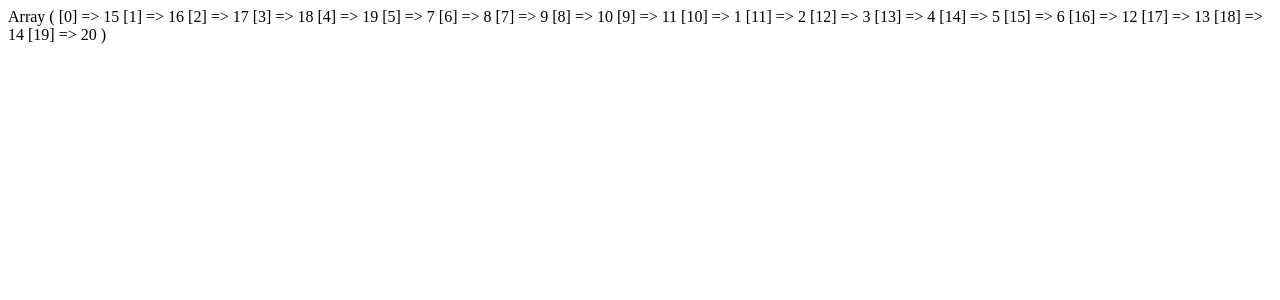
Repository: wangying713/algo
Page: http://localhost/test/0221/BucketSort.php
The author's editor kept a copy of each file at every save. The page is drawn from the files as they stood at one save, then again after the next save.
The browser window is 1280 px wide. The pictures show the whole page.
The page is run by PHP 8.4 with error messages shown; the project is at /var/www/html/.

Above is the page before, as saved 2020-02-22 00:24:17.

After the next save:
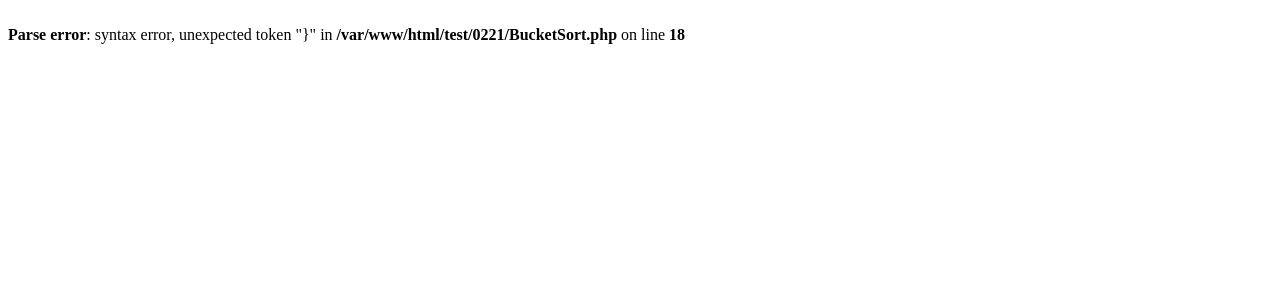
Saved 71 s later.
--- a/test/0221/BucketSort.php
+++ b/test/0221/BucketSort.php
@@ -11,9 +11,11 @@
         $bucketSize = (int) $count / 2;
     }
 
-    // 用来计算桶的个数。区间跨度 ($val-$min)%$bucketSize;
+    // 用来计算桶的个数。区间跨度 ($val-$min)/$bucketSize;
     $min = min($arr);
-
+    for($i=0; $i<$count; $i++) {
+        $index =
+    }
 }
 
 $numbers = [15, 16, 17, 18, 19, 7, 8, 9, 10, 11, 1, 2, 3, 4, 5, 6, 12, 13, 14, 20];

After the save that followed:
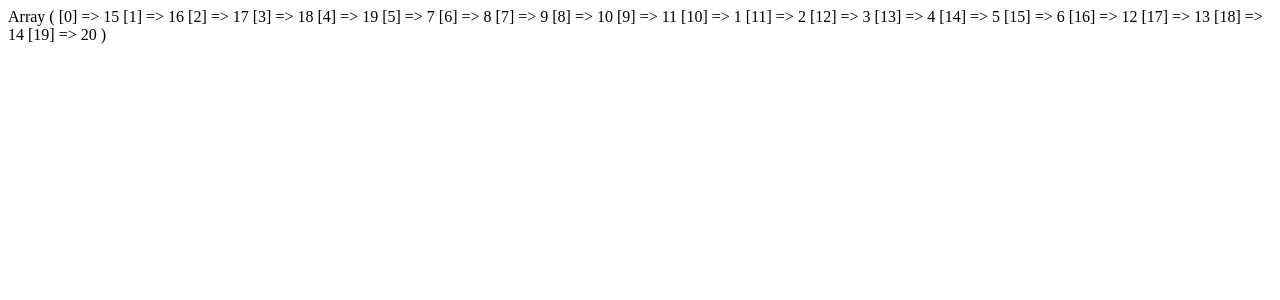
Saved 29 s later.
--- a/test/0221/BucketSort.php
+++ b/test/0221/BucketSort.php
@@ -13,8 +13,8 @@
 
     // 用来计算桶的个数。区间跨度 ($val-$min)/$bucketSize;
     $min = min($arr);
-    for($i=0; $i<$count; $i++) {
-        $index =
+    for ($i = 0; $i < $count; $i++) {
+        $index = (int) (($arr[$i] - $min) / $bucketSize);
     }
 }
 
